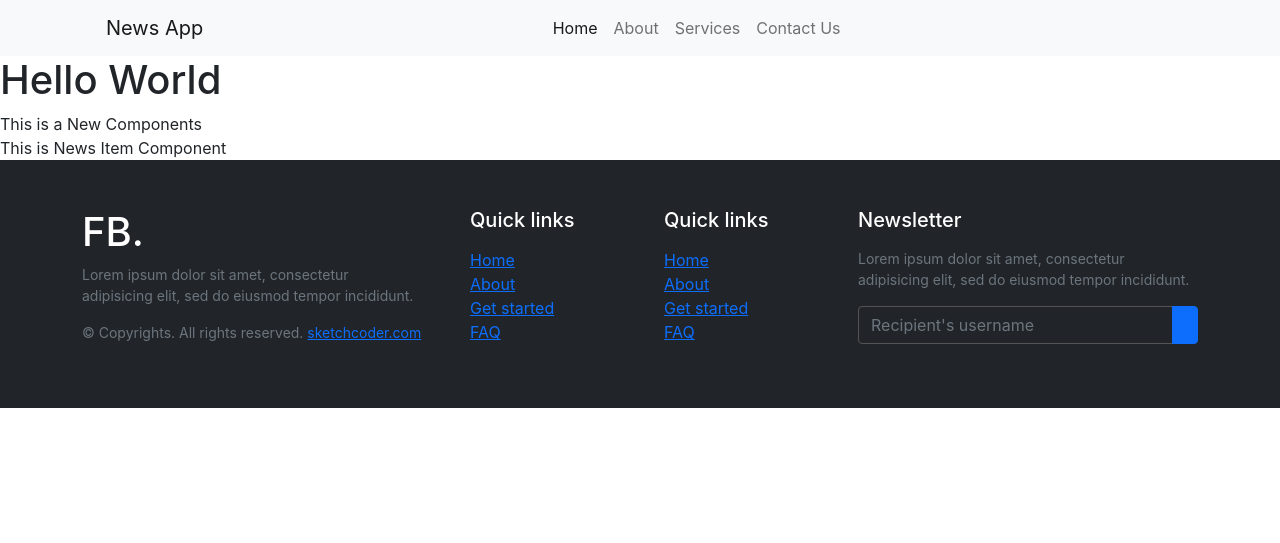
Repository: ZainAkbar51214/News-Site
Page: /
The author's editor kept a copy of each file at every save. The page is drawn from the files as they stood at one save, then again after the next save.
The browser window is 1280 px wide. The pictures show the whole page.
The project was rebuilt for these pictures with package versions that can differ from the ones it lists, and the page was loaded fresh each time. A package was used in the major version that the imports need, not the one package.json lists. Also part of the build but not shown: src/Components/pages/About.jsx.

Above is the page before, as saved 2023-12-16 01:00:52.

### public/index.html
<!DOCTYPE html>
<html lang="en">
  <head>
    <meta charset="utf-8" />
    <link rel="icon" href="%PUBLIC_URL%/favicon.ico" />
    <meta name="viewport" content="width=device-width, initial-scale=1" />
    <meta name="theme-color" content="#000000" />
    <meta
      name="description"
      content="Web site created using create-react-app"
    />
    <link rel="apple-touch-icon" href="%PUBLIC_URL%/logo192.png" />

    <link rel="manifest" href="%PUBLIC_URL%/manifest.json" />

    <title>News App</title>
    <!-- Bootstrap cdn -->
    <link href="https://cdn.jsdelivr.net/npm/bootstrap@5.0.2/dist/css/bootstrap.min.css" rel="stylesheet" integrity="sha384-EVSTQN3/azprG1Anm3QDgpJLIm9Nao0Yz1ztcQTwFspd3yD65VohhpuuCOmLASjC" crossorigin="anonymous">
  </head>
  <body>
    <noscript>You need to enable JavaScript to run this app.</noscript>
    <div id="root"></div>


    <!-- Bootstrap Script -->
    <script src="https://cdn.jsdelivr.net/npm/@popperjs/core@2.9.2/dist/umd/popper.min.js" integrity="sha384-IQsoLXl5PILFhosVNubq5LC7Qb9DXgDA9i+tQ8Zj3iwWAwPtgFTxbJ8NT4GN1R8p" crossorigin="anonymous"></script>
<script src="https://cdn.jsdelivr.net/npm/bootstrap@5.0.2/dist/js/bootstrap.min.js" integrity="sha384-cVKIPhGWiC2Al4u+LWgxfKTRIcfu0JTxR+EQDz/bgldoEyl4H0zUF0QKbrJ0EcQF" crossorigin="anonymous"></script>
  </body>
</html>

### src/App.js
import React from "react";
import {
  BrowserRouter,
  Routes,
  Route
} from "react-router-dom";
import Home from './Components/pages/Home';
import Navbar from './Components/Header/Navbar';
import Footer from './Components/Footer/Footer';
import About from "./Components/pages/About";
import News from "./Components/Layouts/News";

function App() {
  return (
    <BrowserRouter>
      <Navbar />
        <Routes>
          <Route path="/" element={<Home />}></Route>
          <Route path="/about" element={<About />}></Route>
        </Routes>
        <News />
      <Footer />
  </BrowserRouter>
  );
}

export default App;

### src/Components/pages/Home.jsx
import React, { Component } from 'react';

class Home extends Component {
    render() {
        return (
            <div>
                <h1>Hello World</h1>
            </div>
        );
    }
}

export default Home;

### src/Components/Header/Navbar.jsx
import React, { Component } from 'react';
import { Link } from 'react-router-dom';

class Navbar extends Component {
    render() {
        return (
            <div>
                <div className="container-fluid bg-light">
                <div className="container">
                    <div className="row">
                        <div className="col-md-12">
                            <nav className="navbar navbar-expand-lg navbar-light">
                                <div className="container-fluid">
                                    <Link className="navbar-brand" to="/">News App</Link>
                                    <button className="navbar-toggler" type="button" data-bs-toggle="collapse" data-bs-target="#navbarSupportedContent" aria-controls="navbarSupportedContent" aria-expanded="false" aria-label="Toggle navigation">
                                        <span className="navbar-toggler-icon"></span>
                                    </button>
                                    <div className="collapse navbar-collapse" id="navbarSupportedContent">
                                        <ul className="navbar-nav mx-auto mb-2 mb-lg-0">
                                            <li className="nav-item">
                                                <Link className="nav-link active" aria-current="page" to="/">Home</Link>
                                            </li>
                                            <li className="nav-item">
                                                <Link className="nav-link" to="/about">About</Link>
                                            </li>
                                            <li className="nav-item">
                                                <Link className="nav-link" to="/services">Services</Link>
                                            </li>
                                            <li className="nav-item">
                                                <Link className="nav-link" to="/contact-us">Contact Us</Link>
                                            </li>
                                        </ul>
                                    </div>
                                </div>
                            </nav>
                        </div>
                    </div>
                </div>
            </div>
            </div>
        );
    }
}

export default Navbar;

### src/Components/Footer/Footer.jsx
import React from "react";
import { Link } from "react-router-dom";
import '../Footer/Footer.css';

const Navbar = () => {
    return (
        <>
            <div className="d-flex flex-column h-100">
                {/* <!-- FOOTER --> */}
                <footer className="w-100 py-4 flex-shrink-0">
                    <div className="container py-4">
                        <div className="row gy-4 gx-5">
                            <div className="col-lg-4 col-md-6">
                                <h5 className="h1 text-white">FB.</h5>
                                <p className="small text-muted">Lorem ipsum dolor sit amet, consectetur adipisicing elit, sed do eiusmod tempor incididunt.</p>
                                <p className="small text-muted mb-0">&copy; Copyrights. All rights reserved. <Link className="text-primary" to="https://sketchcoder.com" target="_blank">sketchcoder.com</Link></p>
                            </div>
                            <div className="col-lg-2 col-md-6">
                                <h5 className="text-white mb-3">Quick links</h5>
                                <ul className="list-unstyled text-muted">
                                    <li><Link to="#">Home</Link></li>
                                    <li><Link to="#">About</Link></li>
                                    <li><Link to="#">Get started</Link></li>
                                    <li><Link to="#">FAQ</Link></li>
                                </ul>
                            </div>
                            <div className="col-lg-2 col-md-6">
                                <h5 className="text-white mb-3">Quick links</h5>
                                <ul className="list-unstyled text-muted">
                                    <li><Link to="#">Home</Link></li>
                                    <li><Link to="#">About</Link></li>
                                    <li><Link to="#">Get started</Link></li>
                                    <li><Link to="#">FAQ</Link></li>
                                </ul>
                            </div>
                            <div className="col-lg-4 col-md-6">
                                <h5 className="text-white mb-3">Newsletter</h5>
                                <p className="small text-muted">Lorem ipsum dolor sit amet, consectetur adipisicing elit, sed do eiusmod tempor incididunt.</p>
                                <form action="#">
                                    <div className="input-group mb-3">
                                        <input className="form-control" type="text" placeholder="Recipient's username" aria-label="Recipient's username" aria-describedby="button-addon2" />
                                        <button className="btn btn-primary" id="button-addon2" type="button"><i className="fas fa-paper-plane"></i></button>
                                    </div>
                                </form>
                            </div>
                        </div>
                    </div>
                </footer>
            </div>
        </>
    )
}

export default Navbar;

### src/Components/Layouts/News.js
import React, { Component } from 'react';
import NewsItem from './NewsItem';

class News extends Component {
    render() {
        return (
            <div>
                This is a New Components
                <NewsItem />
            </div>
        );
    }
}

export default News;

### src/Components/Footer/Footer.css
/* ==========================================
    FOR DEMO PURPOSE
  ========================================== */

  .text-small {
    font-size: 0.9rem;
  }

  .form-control {
    background: #212529;
    border-color: #545454;
  }

  .form-control:focus {
    background: #212529;
  }

  footer {
    background: #212529;
  }

### src/Components/Layouts/NewsItem.js
import React, { Component } from 'react';

class NewsItem extends Component {
    render() {
        return (
            <div>
                This is News Item Component
            </div>
        );
    }
}

export default NewsItem;

Loaded but not shown: src/index.js (common file); src/index.css (common file); src/reportWebVitals.js (common file)

After the next save:
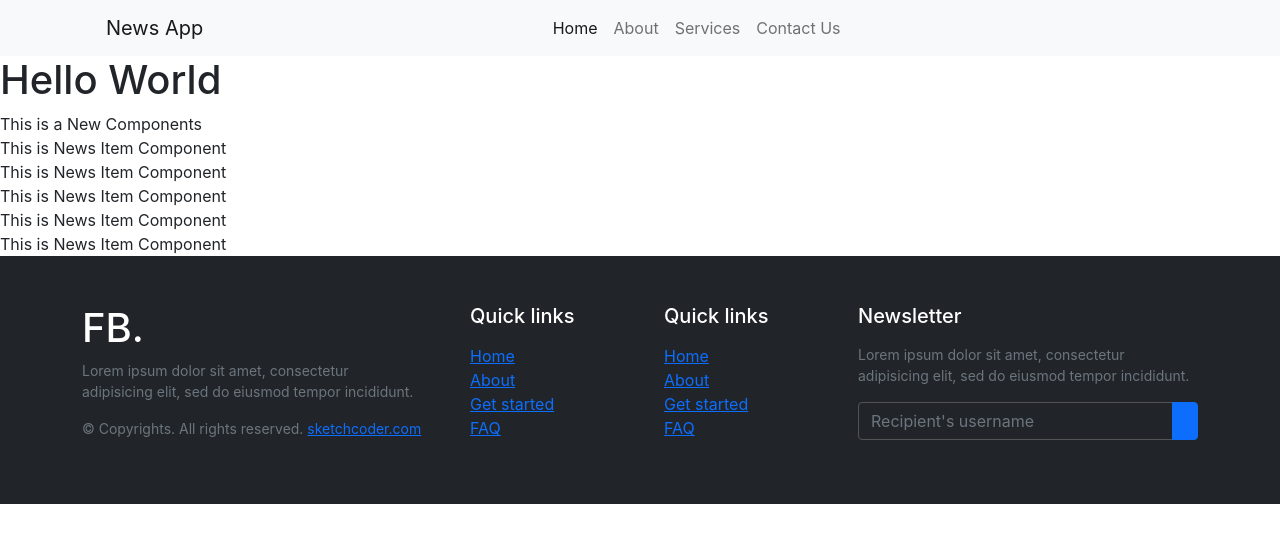
Saved 8 s later.
--- a/src/Components/Layouts/News.js
+++ b/src/Components/Layouts/News.js
@@ -7,6 +7,10 @@
             <div>
                 This is a New Components
                 <NewsItem />
+                <NewsItem />
+                <NewsItem />
+                <NewsItem />
+                <NewsItem />
             </div>
         );
     }

After the save that followed:
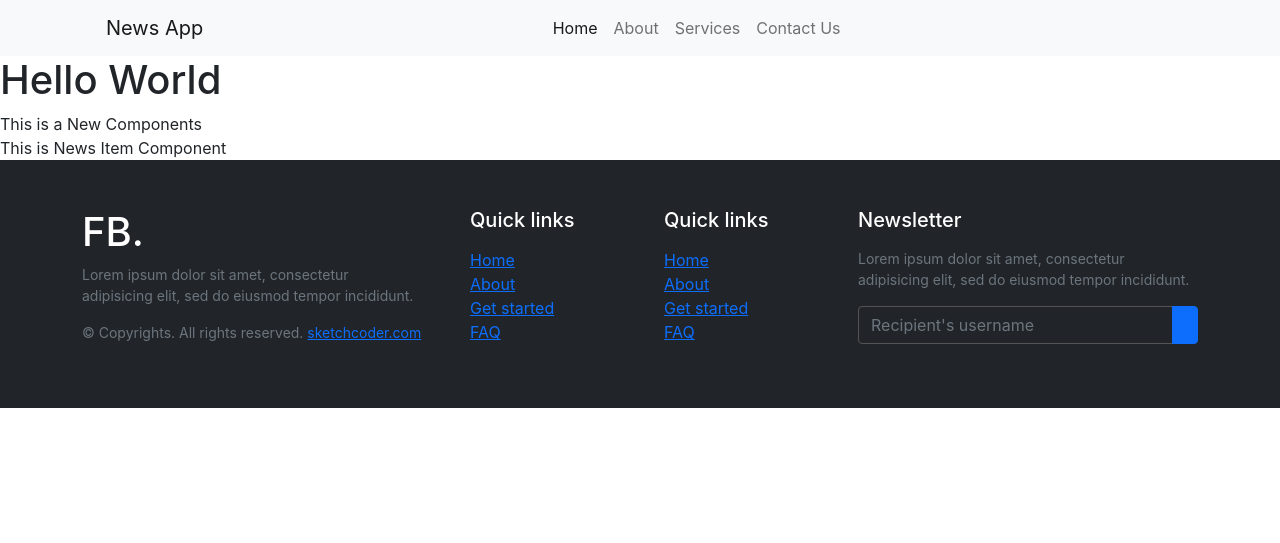
Saved 4 s later.
--- a/src/Components/Layouts/News.js
+++ b/src/Components/Layouts/News.js
@@ -7,10 +7,6 @@
             <div>
                 This is a New Components
                 <NewsItem />
-                <NewsItem />
-                <NewsItem />
-                <NewsItem />
-                <NewsItem />
             </div>
         );
     }
